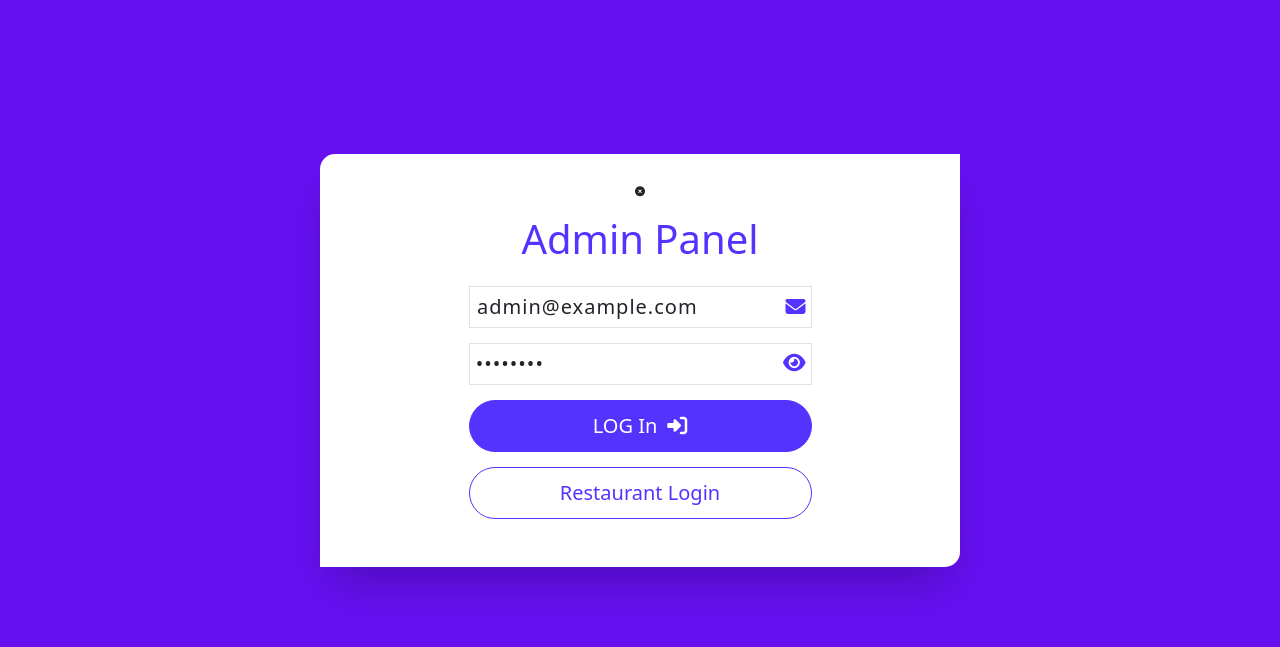
Repository: FlyweisReact/GopalAdminPanel
Page: /
An editor plug-in stored every save of this project. The page is shown before and after the next save, followed by the edit.
The browser window is 1280 px wide. The pictures show the whole page.
Some web libraries are served in a nearby version. The project was rebuilt for these pictures with package versions that can differ from the ones it lists, and the page was loaded fresh each time. Also part of the build but not shown: src/components/pages/Dashboard.jsx, src/vendorPanel/components/Auth.jsx, src/components/BaseUrl.jsx, src/components/pages/products/Products.jsx, src/components/pages/categories/Categories.jsx, src/components/pages/banner/Banner.jsx, src/components/pages/orders/Orders.jsx, src/components/pages/terms/Terms.jsx and 50 more. Imported but missing from the stored project, and not drawn on this page: src/components/layout/HOC.

Above is the page before, as saved 2023-04-03 13:07:27.

### public/index.html
<!DOCTYPE html>
<html lang="en">
  <head>
    <meta charset="utf-8" />
    <!-- <link rel="icon" href="%PUBLIC_URL%/favicon.png" /> -->
    <meta name="viewport" content="width=device-width, initial-scale=1" />
    <meta name="theme-color" content="#000000" />
    <meta
      name="description"
      content="Web site created using create-react-app"
    />
    <link rel="apple-touch-icon" href="%PUBLIC_URL%/favicon.ico?v=2" />

    <link rel="manifest" crossorigin="use-credentials" href="%PUBLIC_URL%/manifest.json" />
    <link href="https://fonts.googleapis.com/icon?family=Material+Icons" rel="stylesheet">
    <title>Direct Admin</title>
      <link rel="stylesheet" href="https://maxcdn.bootstrapcdn.com/bootstrap/3.4.1/css/bootstrap.min.css">
      <script src="https://ajax.googleapis.com/ajax/libs/jquery/3.6.0/jquery.min.js"></script>
      <script src="https://maxcdn.bootstrapcdn.com/bootstrap/3.4.1/js/bootstrap.min.js"></script>
      <script src="https://kit.fontawesome.com/d0cfefe1dc.js" crossorigin="anonymous"></script>
  </head>
  <body>
    <noscript>You need to enable JavaScript to run this app.</noscript>
    <div id="root"></div>
    <script src="https://code.jquery.com/jquery-3.6.0.min.js"></script>
    <script src="https://kit.fontawesome.com/b533b351e4.js" crossorigin="anonymous"></script>
  </body>
</html>

### src/index.js
import React from "react";
import ReactDOM from "react-dom/client";
import "./index.css";
import App from "./App";
import { BrowserRouter } from "react-router-dom";
import 'bootstrap/dist/css/bootstrap.min.css';

const root = ReactDOM.createRoot(document.getElementById("root"));
root.render(
  <React.StrictMode>
    <BrowserRouter>
      <App />
    </BrowserRouter>
  </React.StrictMode>
);

### src/index.css
/** @format */

@tailwind base;
@tailwind components;
@tailwind utilities;

body {
  margin: 0;
  font-family: -apple-system, BlinkMacSystemFont, "Segoe UI", "Roboto", "Oxygen",
    "Ubuntu", "Cantarell", "Fira Sans", "Droid Sans", "Helvetica Neue",
    sans-serif;
  -webkit-font-smoothing: antialiased;
  -moz-osx-font-smoothing: grayscale;
}

code {
  font-family: source-code-pro, Menlo, Monaco, Consolas, "Courier New",
    monospace;
}

/* Wcomponents */
.wcomp::-webkit-scrollbar {
  width: 0px;
}
::-webkit-scrollbar {
  width: 0px;
}

.cancel-pol h1 {
  text-align: center;
}

.cancel-pol p {
  margin-top: 200px;
  text-align: center;
  color: rgb(216, 48, 48);
}

.buttonClass {
  width: 100%;
  border-radius: 50px;
  padding: 10px;
  color: rgb(85, 51, 255);
  font-size: 20px;
  border: 1px solid rgb(85, 51, 255);
  transition: 0.5s;
}
.buttonClass:hover {
  color: #fff;
  background-color: rgb(85, 51, 255);
}
.buttonClass2 {
  width: 100%;
  border-radius: 50px;
  padding: 10px;
  color: #0d9488;
  font-size: 20px;
  border: 1px solid #0d9488;
  transition: 0.5s;
}
.buttonClass2:hover {
  color: #fff;
  background-color: #0d9488;
}
.button2 {
  background-color: rgb(85, 51, 255);
  width: 100%;
  border-radius: 50px;
  padding: 10px;
  color: #fff;
  font-size: 20px;
  border: 1px solid rgb(85, 51, 255);
  transition: 0.5s;
}
.button2:hover {
  color: rgb(85, 51, 255);
  background-color: #fff;
}
.button3 {
  background-color: #0d9488;
  width: 100%;
  border-radius: 50px;
  padding: 10px;
  color: #fff;
  font-size: 20px;
  border: 1px solid #0d9488;
  transition: 0.5s;
}
.button3:hover {
  color: #0d9488;
  background-color: #fff;
}

.main-cont {
  display: grid;
  grid-template-columns: auto auto auto;
  justify-content: space-evenly;
  gap: 20px;
  margin-top: 20px;
}
.main-cont div {
  width: 300px;
}

.centerModal{
  position: absolute;
  top: 50%;
  left: 50%;
  transform: translate(-50%, -50%);
  width: 500px;
  height: 300px;
  background-color: #fff;
  box-shadow: rgba(0, 0, 0, 0.35) 0px 5px 15px;
  color: #000;
  padding: 20px;
}
.centerModal div p {
  font-size: 16px;
}
.centerModal div input {
  width: 100%;
  border: 1px solid black;
  padding: 10px;
  font-size: 14px;
  outline: none;
}
.centerModal div select {
  width: 100%;
  border: 1px solid black;
  padding: 10px;
  font-size: 14px;
  margin-top: 10px;
  outline: none;
}
.centerModal button{
  font-size: 16px;
  margin-top: 20px;
}

### src/App.js
import { Routes, Route } from "react-router-dom";
import Login from "./components/forms/Login";
import Dashboard from "./components/pages/Dashboard";
import { ToastContainer } from "react-toastify";
import "react-toastify/dist/ReactToastify.css";
import Products from "./components/pages/products/Products";
import Categories from "./components/pages/categories/Categories";
import Banner from "./components/pages/banner/Banner";
import Orders from "./components/pages/orders/Orders";
import Terms from "./components/pages/terms/Terms";
import Privacy from "./components/pages/privacyPolicy/Privacy";
import Support from "./components/pages/support/Support";
import Wishlist from "./components/pages/wishlist/Wishlist";
import AddProduct from "./components/pages/products/AddProduct";
import VendorLogin from "./vendorPanel/components/forms/VendorLogin.jsx";
import VendorProducts from "./vendorPanel/components/pages/products/VendorProducts";
import VendorCategories from "./vendorPanel/components/pages/categories/VendorCategories";
import VendorOrders from "./vendorPanel/components/pages/orders/VendorOrders";
import VendorSupport from "./vendorPanel/components/pages/support/VendorSupport";
import Commission from "./vendorPanel/components/pages/commission/Commission";
import VendorReports from "./vendorPanel/components/pages/reports/VendorReports";
import VendorComplaints from "./vendorPanel/components/pages/complaints/VendorComplaints";
import VendorComments from "./vendorPanel/components/pages/comments/VendorComments";
import VendorTransactions from "./vendorPanel/components/pages/transactions/VendorTransactions";
import VendorUsers from "./vendorPanel/components/pages/users/VendorUsers";
import VendorDashboard from "./vendorPanel/components/pages/VendorDashboard";
import VendorPrivacy from "./vendorPanel/components/pages/privacyPolicy/VendorPrivacy";
import VendorFavorites from "./components/pages/favorites/VendorFavorites";
import CouponsDiscount from "./vendorPanel/components/pages/couponsDiscount/CouponsDiscount";
import Forgot from "./components/forms/Forgot";
import Vendors from "./components/pages/vendors/Vendors";
import VerifyOtp from "./components/forms/VerifyOtp";
import VendorAddProduct from "./vendorPanel/components/pages/products/VendorAddProduct";
import VendorViewProduct from "./vendorPanel/components/pages/products/VendorViewProduct";
import Payment2 from "./components/pages/paymentGateway/payment2";
import Payment3 from "./components/pages/paymentGateway/payment3";
import Notification from "./components/pages/notifications";
import Setting from "./components/pages/setting/Setting";
import Coupon from "./components/pages/coupons/Coupon";
import Signup from "./components/pages/SignUP/Signup";
import Profile from "./components/pages/profileUpdate/Profile";
import Restaurant from "./components/pages/Restaurant/Restaurant";
import Restaurantby from "./components/pages/Restaurant/Restaurantby";
import Dishes from "./components/pages/Dishes/Dishes";
import AboutUs from "./components/pages/aboutus/AboutUs";
import Users from "./components/pages/users/Users";
import ViewOrder from "./components/pages/orders/ViewOrder";
import UserTransactions from "./components/pages/orders/UserTransactions";
import PlanType from "./vendorPanel/components/pages/planType";
import MealType from "./vendorPanel/components/pages/mealType";
import VendorDishes from "./vendorPanel/components/pages/vendorDishes";
import VendorNotification from "./vendorPanel/components/pages/vendorNotification";
import CateringServices from "./components/pages/cateringServices";
import DeliveryAgents from "./components/pages/deliveryAgents";
import AdminBanner from "./components/pages/AdminBanner";
import AdminMeal from "./components/pages/AdminMeal";

function App() {

  return (
    <>
      <ToastContainer />

      <Routes>
        <Route path="/" element={<Login />} />
        <Route path="/admin/banner" element={<AdminBanner />} />
        <Route path="/dashboard" element={<Dashboard />} />
        <Route path="/orders" element={<Orders />} />
        <Route path="/admin/meals" element={<AdminMeal />} />
        <Route path="/dishes" element={<Dishes />} />
        <Route path="/payment" element={<Payment2 />} />
        <Route path="/banners" element={<Banner />} />
        <Route path="/setting" element={<Setting />} />
        <Route path="/notifications" element={<Notification />} />
        <Route path="/deliveryAgents" element={<DeliveryAgents />} />






        <Route path="/forgotPassword" element={<Forgot />} />
        <Route path="/verifyOtp" element={<VerifyOtp />} />
        <Route path="/vendors" element={<Vendors />} />
        <Route path="/products" element={<Products />} />
        <Route path="/:id/categories" element={<Categories />} />
        <Route path="/terms" element={<Terms />} />
        <Route path="/privacyPolicy" element={<Privacy />} />
        <Route path="/support" element={<Support />} />
        <Route path="/wishlist" element={<Wishlist />} />
        <Route path="/addProduct" element={<AddProduct />} />
        <Route path="/payment-3" element={<Payment3 />} />
        <Route path="/restaurant/:id/coupons" element={<Coupon />} />
        <Route path="/signup" element={<Signup />} />
        <Route path="/profile" element={<Profile />} />
        <Route path="/restaurants" element={<Restaurant />} />
        <Route path="/Restaurantby/:id" element={<Restaurantby />} />
        <Route path="/:id/dishes" element={<Dishes />} />
        <Route path="/about-us" element={<AboutUs />} />
        <Route path="/users" element={<Users />} />
        <Route path="/vieworder/:id" element={<ViewOrder />} />
        <Route path="/usertransactions/:id" element={<UserTransactions />} />



         {/* /restaurant/:id/coupons */}

        {/* ---------------Vendor Panel----------------------- */}
        <Route path="/vendorLogin" element={<VendorLogin />} />
        <Route path="/vendorDashboard" element={<VendorDashboard />} />
        <Route path="/vendorCoupons" element={<CouponsDiscount />} />


        <Route path="/vendorProducts" element={<VendorProducts />} />
        <Route path="/vendorViewProduct/:id" element={<VendorViewProduct />} />
        <Route path="/vendorAddProduct" element={<VendorAddProduct />} />
        <Route path="/vendorCategories" element={<VendorCategories />} />
        <Route path="/vendorOrders" element={<VendorOrders />} />
        <Route path="/vendorSupport" element={<VendorSupport />} />
        <Route path="/commission" element={<Commission />} />
        <Route path="/vendorReports" element={<VendorReports />} />
        <Route path="/vendorComplaints" element={<VendorComplaints />} />
        <Route path="/vendorComments" element={<VendorComments />} />
        <Route path="/vendorTransactions" element={<VendorTransactions />} />
        <Route path="/vendorUsers" element={<VendorUsers />} />
        <Route path="/vendorPrivacy" element={<VendorPrivacy />} />
        <Route path="/vendorFavorites" element={<VendorFavorites />} />
        <Route path="/vendorCommission" element={<Commission />} />
        <Route path="/vendorPlanType" element={<PlanType />} />
        <Route path="/vendorMealType" element={<MealType />} />
        <Route path="/vendorDishes" element={<VendorDishes />} />
        <Route path="/vendorNotification" element={<VendorNotification />} />
        <Route path="/cateringServices" element={<CateringServices />} />
      </Routes>
    </>
  );
}

export default App;

### src/components/forms/Login.jsx
/** @format */

import React, { useState } from "react";
import { Formik, Form, Field } from "formik";
import axios from "axios";
import { useNavigate } from "react-router-dom";
import { toast } from "react-toastify";
import { Oval } from "react-loader-spinner";
import { Alert } from "react-bootstrap";

const Login = () => {
  const [pass, setPass] = useState(false);
  const [inputpass, setInputpass] = useState(false);
  const navigate = useNavigate();
  const [loading, setLoading] = useState(false);
  const [ error , setError ] = useState(false)

  const login = async (values) => {
    setLoading(true);
    const url =
      "https://b7w3czz0m2.execute-api.ap-south-1.amazonaws.com/development/api/admin/login";

    try {
      const res = await axios.post(url, values);
      localStorage.setItem("direct", res.data.token);
      setLoading(false);
      navigate("/dashboard");
      toast.success("Welcome");
    } catch (err) {
      setError(true)
      console.log(err);
      setLoading(false);
    }
  };

  return (
    <>
      <div className="w-full h-screen flex flex-col justify-center items-center " style={{backgroundColor : '#6610f2'}}>

        <Formik
          initialValues={{
            email: "admin@example.com",
            password: "test1234",
          }}
          onSubmit={(values) => {
            login(values);
          }}
        >
          <Form className="shadow-2xl w-96 mx-3 sm:mx-0 sm:w-4/5 md:w-4/6 lg:w-4/5 xl:w-1/2 flex flex-col items-center bg-white p-5 md:py-10 rounded-tl-3xl rounded-br-3xl">
          <div className="alertDiv">
          <i class="fa-solid fa-circle-xmark"></i>
          <p></p>
          </div>
            <span
              className=" text-center text-[rgb(85, 51, 255)]"
              style={{ fontSize: "4rem", color: "rgb(85, 51, 255)" }}
            >
              Admin Panel
            </span>
            <section className="py-7 space-y-6">
              <div
                className="sm:w-96 border border-[rgb(240,72,88)] space-x-4 flex items-center w-64  p-2"
                style={{ width: "100%" }}
              >
                <Field
                  type="email"
                  placeholder="username@gmail.com"
                  name="email"
                  required
                  className="outline-none px-1  bg-transparent tracking-wider w-full"
                  style={{ fontSize: "20px" }}
                />
                <i
                  className="fa-sharp fa-solid fa-envelope"
                  style={{ fontSize: "20px", color: "rgb(85, 51, 255)" }}
                ></i>
              </div>
              <div
                className="sm:w-96 border border-[rgb(240,72,88)] space-x-4 flex items-center w-64  p-2 "
                style={{ width: "100%" }}
              >
                <Field
                  type={inputpass ? "text" : "password"}
                  placeholder="password"
                  name="password"
                  required
                  className="outline-none px-0.5  bg-transparent tracking-wider w-full"
                  style={{ fontSize: "20px" }}
                />

                <span
                  onClick={() => {
                    setPass(!pass);
                    setInputpass(!inputpass);
                  }}
                  className="text-xl cursor-pointer hover:scale-90 "
                >
                  {pass ? (
                    <i
                      className="fa-sharp fa-solid fa-eye-slash"
                      style={{ fontSize: "20px", color: "rgb(85, 51, 255)" }}
                    ></i>
                  ) : (
                    <i
                      className="fa-solid fa-eye"
                      style={{ fontSize: "20px", color: "rgb(85, 51, 255)" }}
                    ></i>
                  )}
                </span>
              </div>
              <button type="submit" className="button2">
                {loading ? (
                  <Oval height={30} secondaryColor="black" color="black" />
                ) : (
                  <div
                    style={{
                      display: "flex",
                      alignItems: "center",
                      justifyContent: "center",
                      gap: "10px",
                    }}
                  >
                    <span>LOG In</span>
                    <i
                      className="fa-solid fa-right-to-bracket"
                      style={{ color: "#fff", fontSize: "20px" }}
                    ></i>
                  </div>
                )}
              </button>
              <button
                type="button"
                onClick={() => navigate("/vendorLogin")}
                className="buttonClass"
              >
                Restaurant Login
              </button>
            </section>
          </Form>
        </Formik>
      </div>
    </>
  );
};

export default Login;

Loaded but not shown: tailwind.config.js (common file)

After the next save:
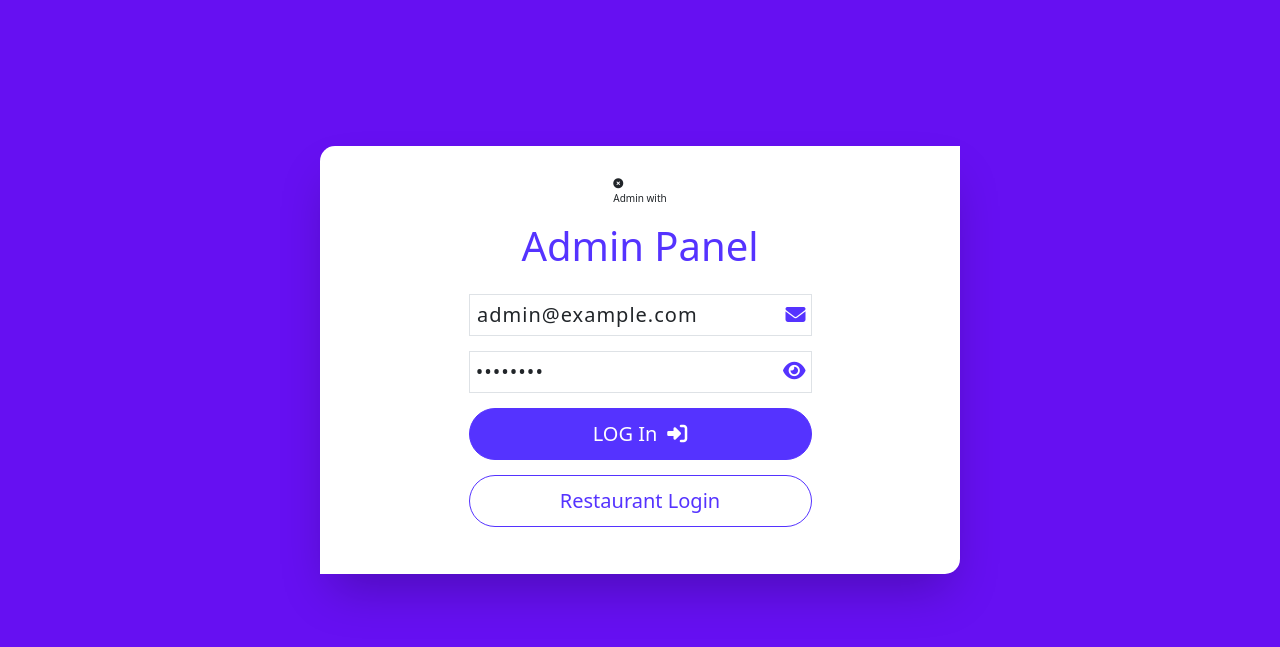
Saved 5 s later.
--- a/src/components/forms/Login.jsx
+++ b/src/components/forms/Login.jsx
@@ -49,7 +49,7 @@ const Login = () => {
           <Form className="shadow-2xl w-96 mx-3 sm:mx-0 sm:w-4/5 md:w-4/6 lg:w-4/5 xl:w-1/2 flex flex-col items-center bg-white p-5 md:py-10 rounded-tl-3xl rounded-br-3xl">
           <div className="alertDiv">
           <i class="fa-solid fa-circle-xmark"></i>
-          <p></p>
+          <p>Admin with </p>
           </div>
             <span
               className=" text-center text-[rgb(85, 51, 255)]"
